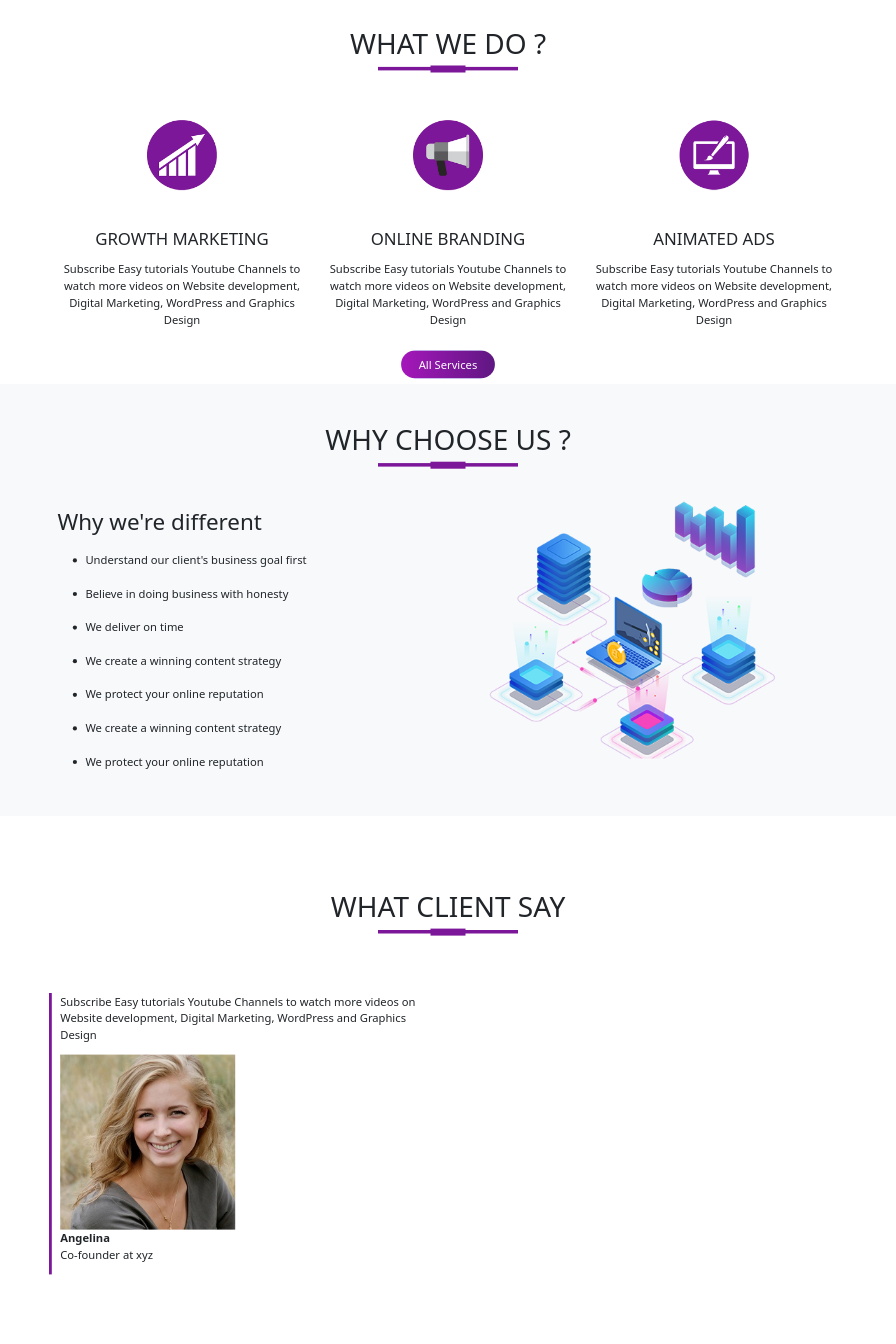
Repository: wadelfadill/Bootstrap_tache_2_website_design
Page: index.html
An editor plug-in stored every save of this project. The page is shown before and after the next save, followed by the edit.
The browser window is 1280 px wide. The pictures show the part of the page from y = 732 to 2652 px (the page is 2652 px tall before and 2512 px after), at 70% of full size.
Some web libraries are served in a nearby version.

Above is the page before, as saved 2023-04-05 18:01:31.

### index.html
<!DOCTYPE html>
<html lang="en">
<head>
    <meta charset="UTF-8">
    <meta http-equiv="X-UA-Compatible" content="IE=edge">
    <meta name="viewport" content="width=device-width, initial-scale=1.0">
    <!-- bootstrap css link -->
    <link href="https://cdn.jsdelivr.net/npm/bootstrap@5.1.3/dist/css/bootstrap.min.css" rel="stylesheet" integrity="sha384-1BmE4kWBq78iYhFldvKuhfTAU6auU8tT94WrHftjDbrCEXSU1oBoqyl2QvZ6jIW3" crossorigin="anonymous">
    <!-- css sheet link -->
    <link rel="stylesheet" href="style.css">
    <!-- fontawsome link -->
    <link rel="stylesheet" href="https://cdn.jsdelivr.net/npm/@fortawesome/fontawesome-free@6.2.1/css/fontawesome.min.css">
    <title>bootstrap_website_design</title>
    <script src="https://kit.fontawesome.com/8f130c8a35.js" crossorigin="anonymous"></script>
</head>
<body>
    <section id="nav-bar" class="sticky-top t-0">
        <nav class="navbar navbar-expand-lg navbar-light p-0">
            <div class="container-fluid">
              <a class="navbar-brand" href="#"><img src="images/demo-logo.png" alt="" class="w-75 h-50 p-2"></a>
              <button class="navbar-toggler" type="button" data-bs-toggle="collapse" data-bs-target="#navbarSupportedContent" aria-controls="navbarSupportedContent" aria-expanded="false" aria-label="Toggle navigation">
                <span><i class="fa-solid fa-bars fs-1" style="color: #ffffff;"></i></span>
              </button>
              <div class="collapse navbar-collapse justify-content-end" id="navbarSupportedContent">
                <ul class="navbar-nav ms-auto mb-2 mb-lg-0 ">
                  <li class="nav-item pt-0 pb-1 fw-bold">
                    <a class="nav-link active text-white float-end text-start" aria-current="page" href="#">HOME</a>
                  </li>
                  <li class="nav-item pt-0 pb-1 fw-bold">
                    <a class="nav-link text-white float-end text-start" href="#">SERVICES</a>
                  </li>
                  <li class="nav-item pt-0 pb-1 fw-bold">
                    <a class="nav-link text-white float-end text-start" href="#">ABOUT US</a>
                  </li>
                  <li class="nav-item pt-0 pb-1 fw-bold">
                    <a class="nav-link text-white float-end text-start" href="#">TESTIMONIALS</a>
                  </li>
                  <li class="nav-item pt-0 pb-1 fw-bold">
                    <a class="nav-link text-white float-end text-start" href="#">CONTACT</a>
                  </li>
                </ul>
              </div>
            </div>
          </nav>
    </section>
     <!--banner section  -->
     <section id="banner" class="text-white pt-5">
      <div class="container">
        <div class="row">
          <div class="col-md-6">
            <p class="h2 mt-5">BEST DIGITAL AGENCY</p>
            <p>
              Subscribe Easy tutorials Youtube Channels to watch more videos on
              Website development, Digital Marketing, WordPress and Graphics Design
            </p>
            <a href="" class="tuto text-white text-decoration-none"><img src="images/play.png" alt="" class="play-btn"> Watch tutorials</a>
          </div>
          <div class="col-md-6 text-center">
            <img src="images/home2.png" alt="" class="img-fluid">
          </div>
        </div>
      </div>
     <img src="images/wave1.png" alt="" class="w-100">
     </section>
     <!-- services section -->
     <section id="services" class="pt-5 pb-0">
        <div class="container text-center">
          <h1 class="title text-center">WHAT WE DO ? </h1>
          <div class="row text-center">
            <div class="col-md-4 p-3">
              <img src="images/service1.png" alt="" class="service-img">
              <h4 class="p-2 mt-5 text-uppercase">Growth Marketing</h4>
              <p>
                Subscribe Easy tutorials Youtube Channels to watch more videos on
                Website development, Digital Marketing, WordPress and Graphics Design
              </p>
            </div>
            <div class="col-md-4 p-3">
              <img src="images/service2.png" alt="" class="service-img">
              <h4 class="p-2 mt-5 text-uppercase">Online Branding</h4>
              <p>
                Subscribe Easy tutorials Youtube Channels to watch more videos on
                Website development, Digital Marketing, WordPress and Graphics Design
              </p>
            </div>
            <div class="col-md-4 p-3">
              <img src="images/service3.png" alt="" class="service-img">
              <h4 class="p-2 mt-5 text-uppercase">Animated Ads</h4>
              <p>
                Subscribe Easy tutorials Youtube Channels to watch more videos on
                Website development, Digital Marketing, WordPress and Graphics Design
              </p>
            </div>
          </div>
          <button type="button" class="btn btn-primary mb-2">All Services </button>
        </div>
     </section>
     <!-- about us  -->
     <section id="about-us">
        <div class="container">
          <h1 class="title text-center"> WHY CHOOSE US ?</h1>
          <div class="row">
            <div class="col-md-6">
              <p class="h2 mt-4">Why we're different</p>
              <ul class="ms-2">
                <li class="mt-4 mb-0">Understand our client's business goal first</li>
                <li class="mt-4 mb-0">Believe in doing business with honesty</li>
                <li class="mt-4 mb-0">We deliver on time</li>
                <li class="mt-4 mb-0">We create a winning content strategy</li>
                <li class="mt-4 mb-0">We protect your online reputation</li>
                <li class="mt-4 mb-0">We create a winning content strategy</li>
                <li class="mt-4 mb-0">We protect your online reputation</li>
              </ul>
            </div>
            <div class="col-md-6">
              <img src="images/network.png" alt="" class="img-fluid">
            </div>
          </div>
        </div>
     </section>
     <!-- testimonials section -->
     <section id="testimonials">
      <div class="container">
        <h1 class="title text-center"> WHAT CLIENT SAY</h1>
        <div class="row">
          <div class="col-md-6 testimonials">
            <p>
              Subscribe Easy tutorials Youtube Channels to watch more videos on
              Website development, Digital Marketing, WordPress and Graphics Design
            </p>
            <img src="images/user1.jpg" alt="">
            <p><b>Angelina</b><br>Co-founder at xyz</p>

          </div>
        </div>

      </div>
     </section>


        <!-- bootstrap js link -->
    <script src="https://cdn.jsdelivr.net/npm/bootstrap@5.1.3/dist/js/bootstrap.bundle.min.js" integrity="sha384-ka7Sk0Gln4gmtz2MlQnikT1wXgYsOg+OMhuP+IlRH9sENBO0LRn5q+8nbTov4+1p" crossorigin="anonymous"></script>
</body>
</html>

### style.css
*{
    margin: 0;
    padding: 0;
}
.navbar{
    background-image: linear-gradient(to right, #a517ba, #5f1782);
}
.navbar-toggler{
    outline: none !important;
}
/* Banner section */
#banner{
    background-image: linear-gradient(to right, #a517ba, #5f1782);


}
.play-btn{
    width: 45px;
    margin: 20px;
}
.service-img{
    width: 100px;
    margin-top: 20px;
}
.title::before{
    content: '';
    background: #7b1798;
    height: 5px;
    width: 200px;
    margin-left: auto;
    margin-right: auto;
    display: block;
    transform: translateY(63px);
}
.title::after{
    content: '';
    background: #7b1798;
    height: 10px;
    width: 50px;
    margin-left: auto;
    margin-right: auto;
    margin-bottom: 40px;
    display: block;
    transform: translateY(8px);
}
#services .btn-primary{
    box-shadow: none;
    padding: 8px 25px;
    border-radius: 20px;
    background-image: linear-gradient(to right, #a517ba, #5f1782);
    outline: none;
    border: none;

}
#about-us{
    background: #f8f9fa;
    padding-bottom: 50px;
    padding-top: 50px;
}
/* testimonials section */
#testimonials{
    margin: 100px 0;

}
.testimonials{
    border-left: 4px solid #7b1798;
    margin-top: 50px;
}

After the next save:
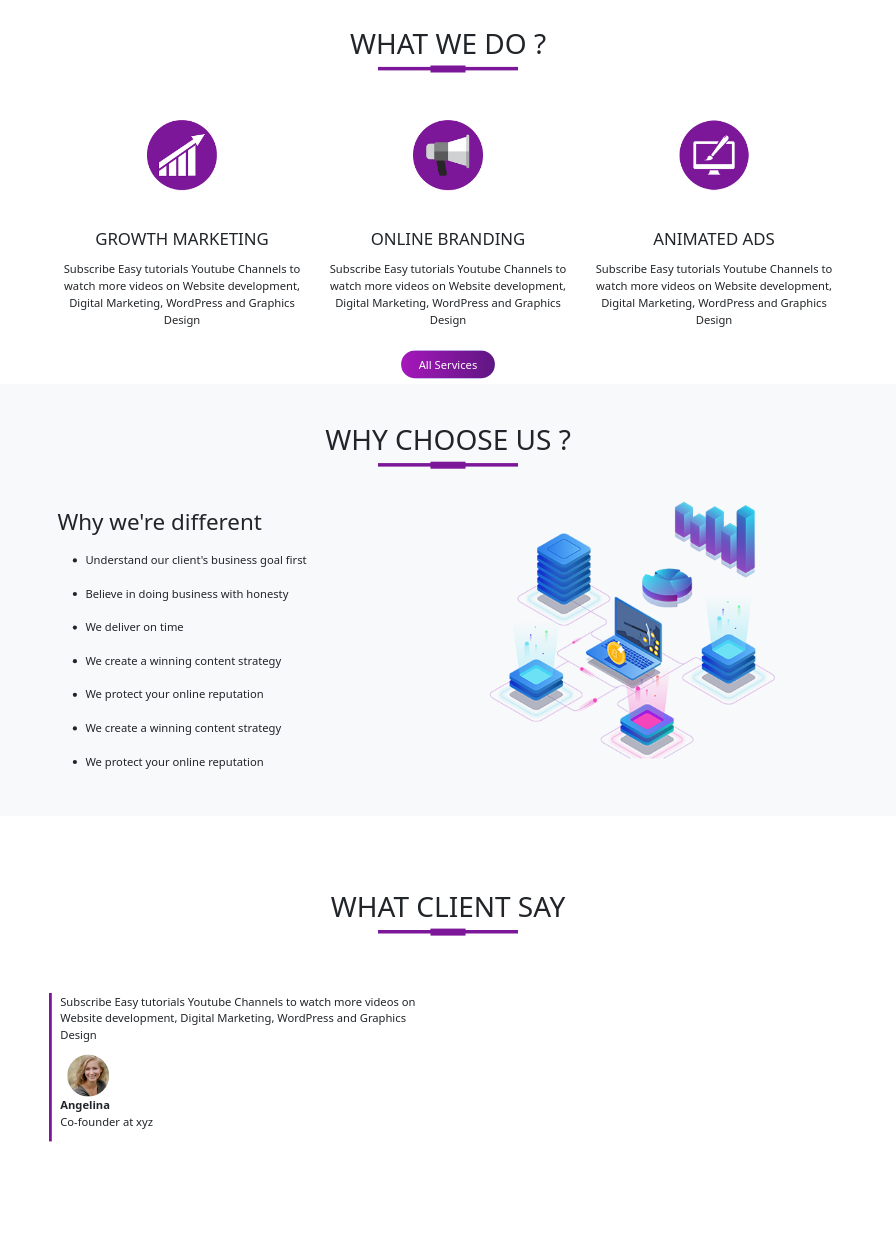
Saved 67 s later.
--- a/style.css
+++ b/style.css
@@ -65,4 +65,11 @@
 .testimonials{
     border-left: 4px solid #7b1798;
     margin-top: 50px;
+    margin-bottom: 50px;
 }
+.testimonials img{
+    height: 60px;
+    width: 60px;
+    border-radius: 50%;
+    margin: 0 10px;
+}
